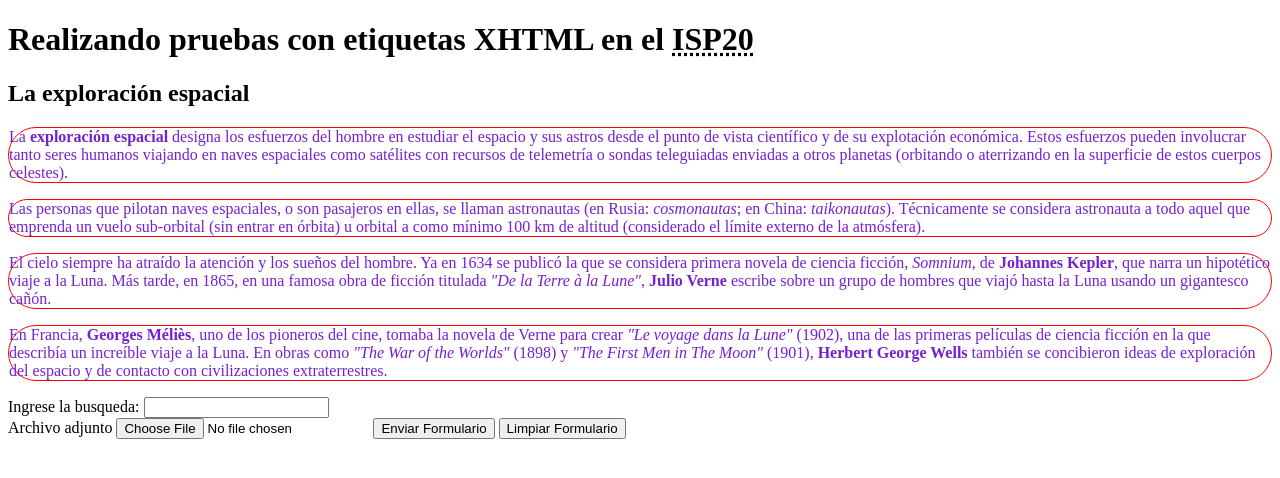
Repository: aleramirezsj/inv-aplicada-isp20
Page: pruebas_html5/pruebas_con_parrafos_y_textos.html
The author's editor kept a copy of each file at every save. The page is drawn from the files as they stood at one save, then again after the next save.
The browser window is 1280 px wide. The pictures show the whole page.

Above is the page before, as saved 2013-06-24 23:40:51.

After the next save:
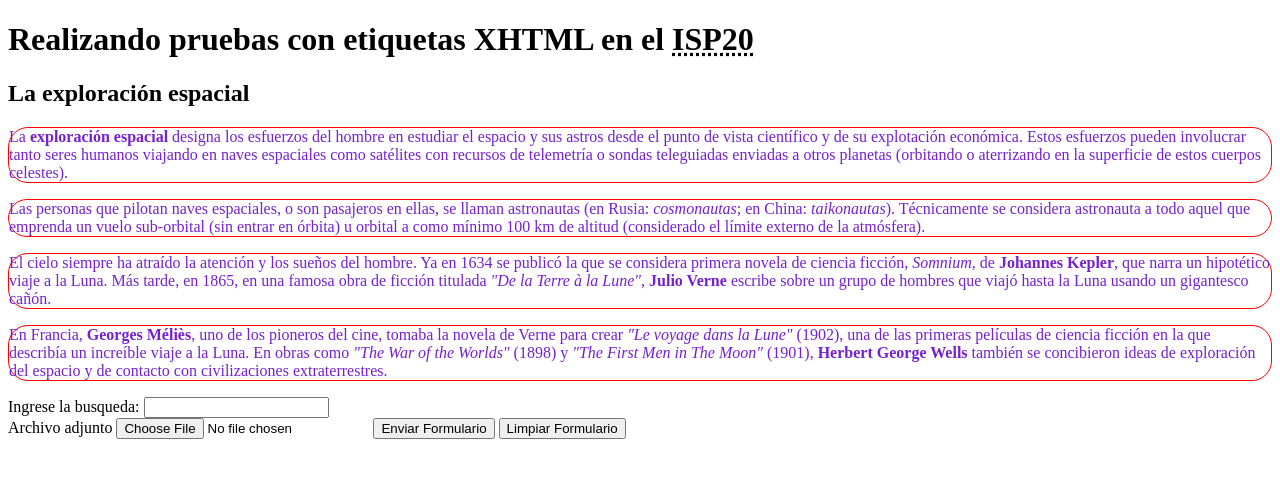
Saved 26 s later.
--- a/pruebas_html5/pruebas_con_parrafos_y_textos.html
+++ b/pruebas_html5/pruebas_con_parrafos_y_textos.html
@@ -5,7 +5,7 @@
 	<meta http-equiv="Content-Type" content="text/html; charset=UTF-8" />
 	<title>La exploración espacial</title>
 	<style type="text/css">
-		p { border: 1px solid red; color:#7521CF; border-radius: 30px }
+		p { border: 1px solid red; color:#7521CF; border-radius: 20px }
 	</style>
 </head>
 
